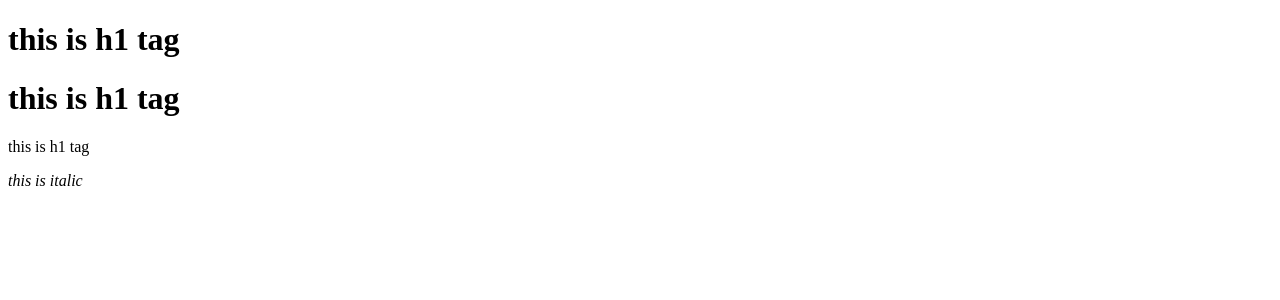
Repository: viveknaidu007/repo-113-HTML
Page: 7.html
The author's editor kept a copy of each file at every save. The page is drawn from the files as they stood at one save, then again after the next save.
The browser window is 1280 px wide. The pictures show the whole page.

Above is the page before, as saved 2024-06-12 23:20:33.

### 7.html
<!DOCTYPE html>
<html>
    <head>
        <title> image tag demo </title>
    </head>

    <body>
        <h1> this is h1 tag </h1>
        <h1> this is h1 tag </h1>
        <p> this is h1 tag </p>
        <i> this is italic </i>


    </body>

</html>

After the next save:
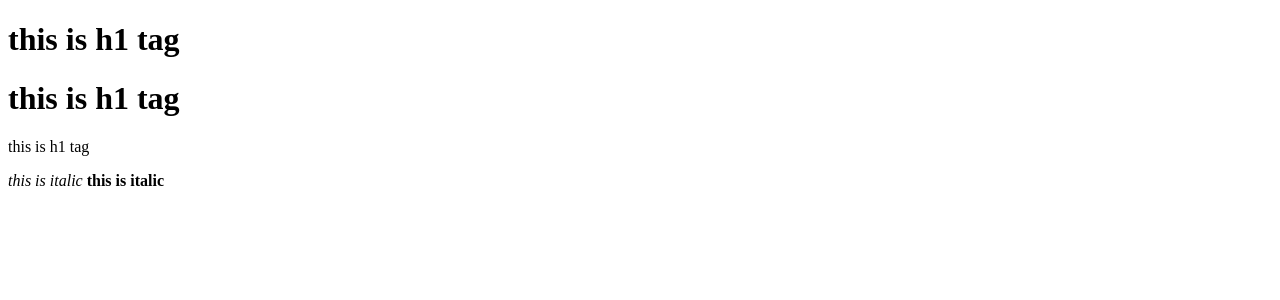
Saved 77 s later.
--- a/7.html
+++ b/7.html
@@ -8,7 +8,7 @@
         <h1> this is h1 tag </h1>
         <h1> this is h1 tag </h1>
         <p> this is h1 tag </p>
-        <i> this is italic </i>
+        <i> this is italic </i>  <b> this is italic</b>
 
 
     </body>
